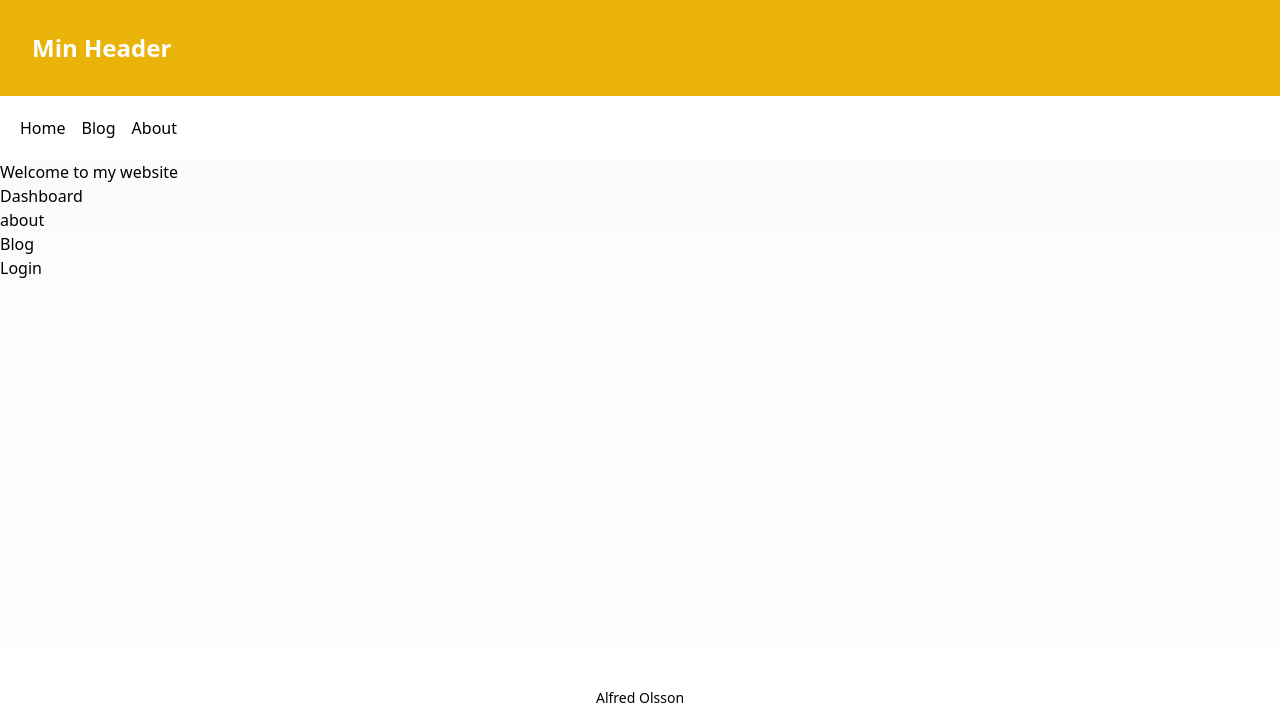
Repository: AlligatorAffe/NextWebsite
Page: /
These files come from the project's save history. The page is drawn as it stood at one moment and after a run of saves; the edit follows.
The browser window is 1280 px wide. The pictures show the whole page.
The project was rebuilt for these pictures with package versions that can differ from the ones it lists, and the page was loaded fresh each time. The framework's server and built-in components were replaced by stand-ins that run in the browser. Also part of the build but not shown: next.config.js.

Above is the page before, as saved 2024-01-04 21:49:05.

### app/layout.tsx
import './globals.css'
import { Metadata } from 'next'
import Link from 'next/link'




export const metadata: Metadata = {
  title: 'My webbpage',
  description: 'Welcome to Next.js',
}

/**
 *
 *
 *
 *
 *
 *

const inter = Inter({ subsets: ['latin'] })

export const metadata: Metadata = {
  title: 'Create Next App',
  description: 'Generated by create next app',
}

export default function RootLayout({
  children,
}: {
  children: React.ReactNode
}) {
  return (
    <html lang="en">
      <body>{children}</body>
    </html>
  )
}

 */

export default function RootLayout({
  // Layouts must accept a children prop.
  // This will be populated with nested layouts or pages
  children,

}: {
  children: React.ReactNode
}) {
  const navLinks = [
    { href: '/', label: 'Home' },
    { href: '/blogpost', label: 'Blog' },
    { href: '/about', label: 'About' },
  ];
  return (
    <html lang="en">
      <body className="flex flex-col min-h-screen bg-slate-50 text-black">
        <div className="flex-grow">
          <header className="bg-yellow-500 p-8">
            <h1 className="text-2xl font-bold text-white">Min Header</h1>
          </header>

          <nav className="bg-white p-5">
            <ul className="flex space-x-4">
              {navLinks.map((link, index) => (
                <li key={index}>
                  <Link href={link.href}>
                    {link.label}

                  </Link>
                </li>
              ))}
            </ul>
          </nav>
          {children}
        </div>
        <footer className="bg-white rounded-md p-3">
          <h3 className="text-black text-center text-sm font-medium">Alfred Olsson</h3>
        </footer>
      </body>
    </html>

  )
}

### app/template.tsx



export default function Template({ children }: { children: React.ReactNode }) {
    return <div>{children}</div>
  }

### app/page.tsx
import Image from 'next/image'
import { Metadata } from 'next'
import Link from 'next/link'

/*
export default function Page() {
  return <div >
      <h1 >
        Welcome to my website
      </h1>
    </div>

}
*/


export const metadata: Metadata = {
  title: 'My Page Title',
}

export default function Page() {
  return <div >
  <h1 >
    Welcome to my website
  </h1>
  <p>   <Link href="/dashboard">Dashboard</Link></p>
  <p>   <Link href="/about">about</Link></p>
  <p>   <Link href="/blogpost">Blog</Link></p>
  <p>   <Link href="/login">Login</Link></p>
</div>
}

Loaded but not shown: app/globals.css (common file); tailwind.config.ts (common file)

After the next 2 saves:
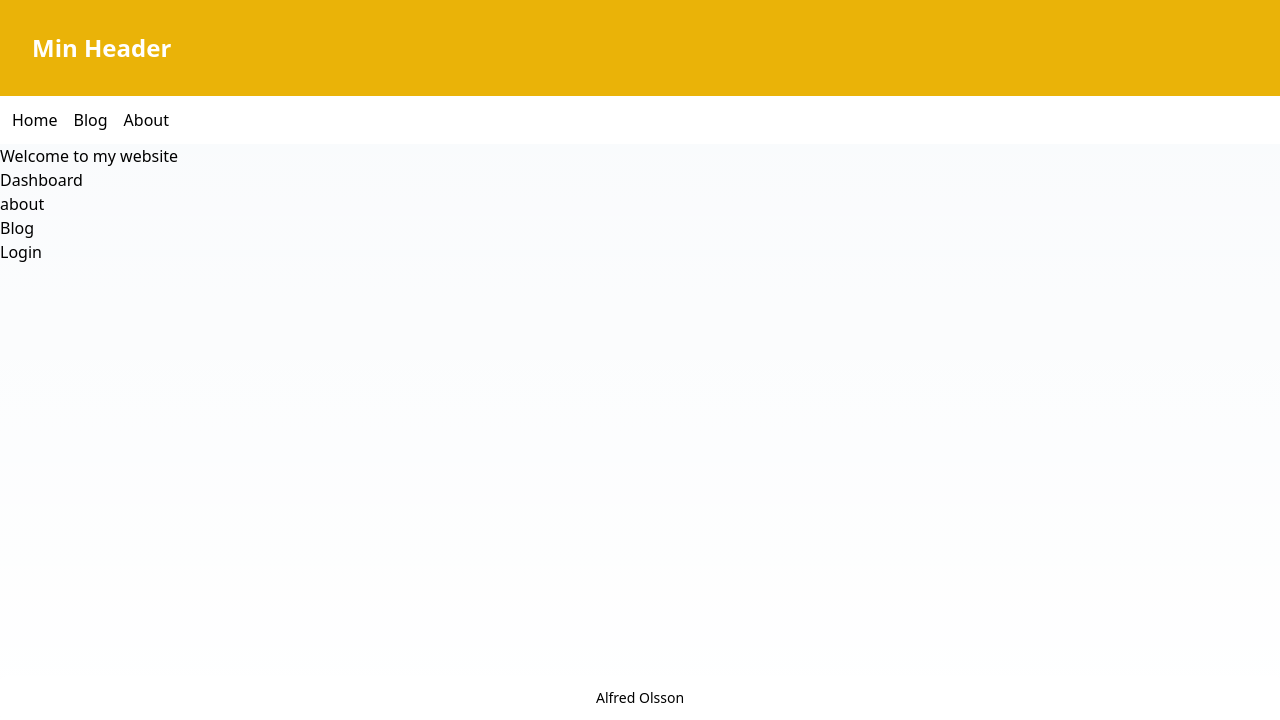
The 2 saves are shown as one change because they came seconds apart.
The last was saved 39 s later.
--- a/app/layout.tsx
+++ b/app/layout.tsx
@@ -60,13 +60,12 @@ export default function RootLayout({
             <h1 className="text-2xl font-bold text-white">Min Header</h1>
           </header>
 
-          <nav className="bg-white p-5">
+          <nav className="bg-white p-3">
             <ul className="flex space-x-4">
               {navLinks.map((link, index) => (
                 <li key={index}>
                   <Link href={link.href}>
                     {link.label}
-
                   </Link>
                 </li>
               ))}
